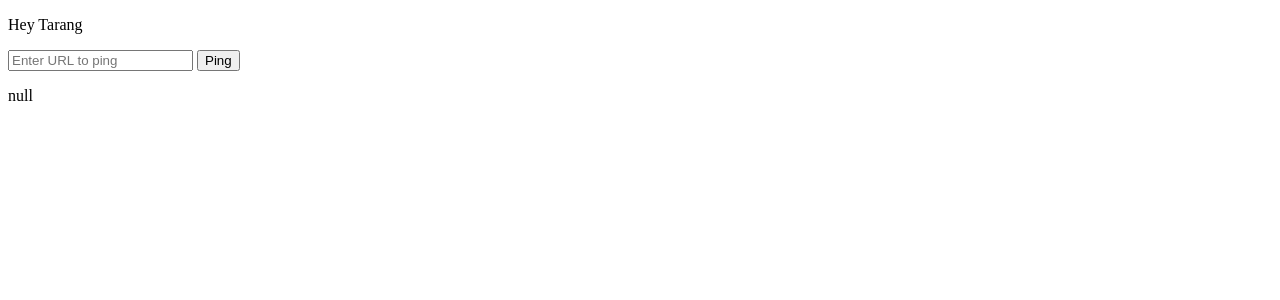
Repository: TarangGarlapally/NetworkCommandsSimulation
Page: http://localhost/NetworkManagement/index.jsp
An editor plug-in stored every save of this project. The page is shown before and after the next save, followed by the edit.
The browser window is 1280 px wide. The pictures show the whole page.
The page is served by Tomcat 9. Other server files are loaded and not shown.

Above is the page before, as saved 2021-01-03 09:20:50.

### NetworkManagement/WebContent/index.jsp
<%@ page language="java" contentType="text/html; charset=UTF-8"
    pageEncoding="UTF-8"%>
<!DOCTYPE html>
<html>
<head>
<meta charset="UTF-8">
<title>Insert title here</title>
</head>
<body>

<p style="white-space: break-spaces;">Hey Tarang</p>
<form action = "PingCmd" method = "get">
<input type="text" name="pingurl" placeholder="Enter URL to ping"></input>
<button type = "submit" name = "command" value="ping">Ping</button>
</form>

<p id="output"></p>

<script>
var output = "<%=request.getParameter("done") %>"
document.getElementById("output").innerHTML = output;
</script>
</body>
</html>

After the next save:
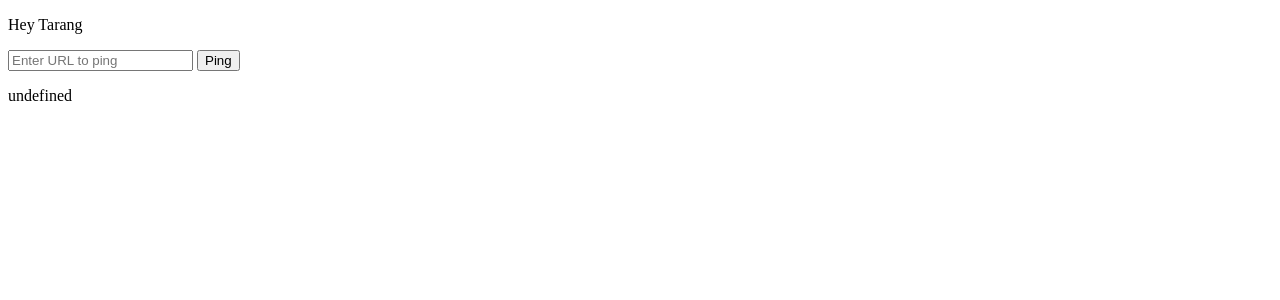
Saved 3 min 29 s later.
--- a/NetworkManagement/WebContent/index.jsp
+++ b/NetworkManagement/WebContent/index.jsp
@@ -18,7 +18,7 @@
 
 <script>
 var output = "<%=request.getParameter("done") %>"
-document.getElementById("output").innerHTML = output;
+document.getElementById("output").innerHTML = output[4];
 </script>
 </body>
 </html>

After the 3 saves that followed:
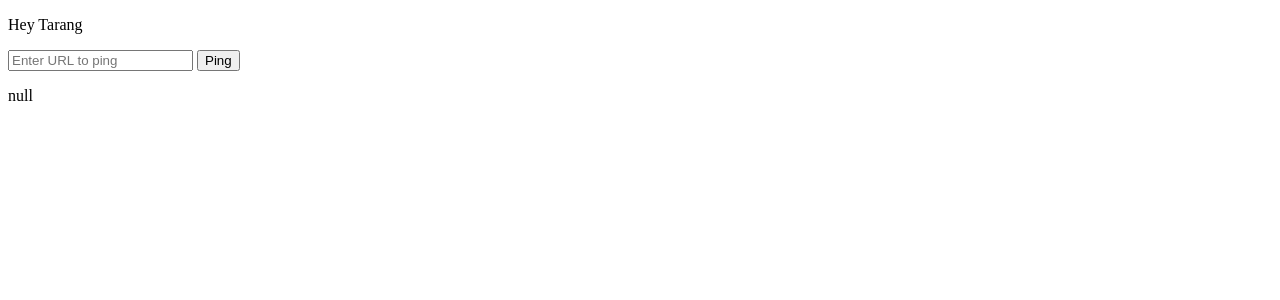
The 3 saves are shown as one change because 2 left the picture as it was.
The last was saved 2 min 34 s later.
--- a/NetworkManagement/WebContent/index.jsp
+++ b/NetworkManagement/WebContent/index.jsp
@@ -15,10 +15,12 @@
 </form>
 
 <p id="output"></p>
-
+<%
+String op = request.getParameter("done");
+%>
 <script>
-var output = "<%=request.getParameter("done") %>"
-document.getElementById("output").innerHTML = output[4];
+var output = "<%=op%>";
+document.getElementById("output").innerHTML = output;
 </script>
 </body>
 </html>
